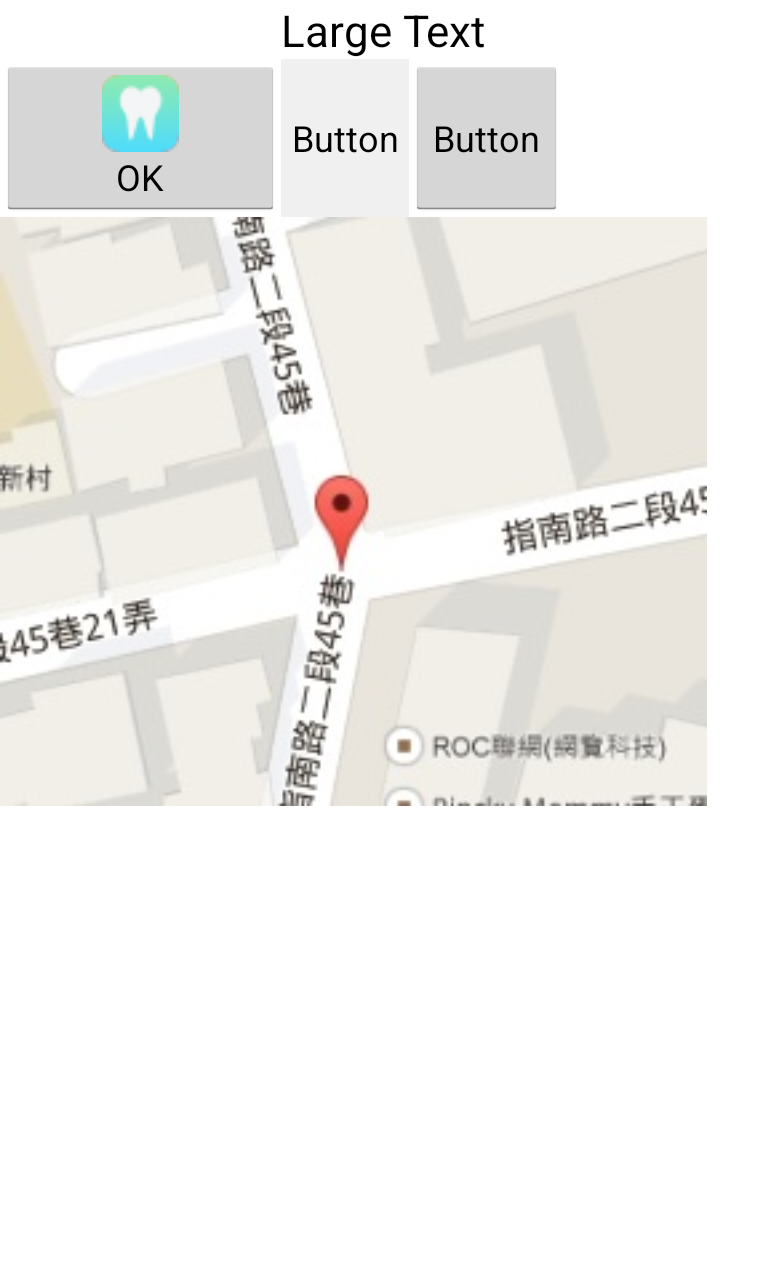
Repository: bobo101/android
Layout: workspace4/FragmentTabDemo/res/layout/frg_google.xml
An editor plug-in stored every save of this project. The layout is shown before and after the next save, followed by the edit.
It is drawn on a 768 x 1280 px phone screen (xhdpi) without system bars, with theme AppTheme; the app's code is not run.

Above is the layout before, as saved 2014-11-06 06:52:02.

After the next save:
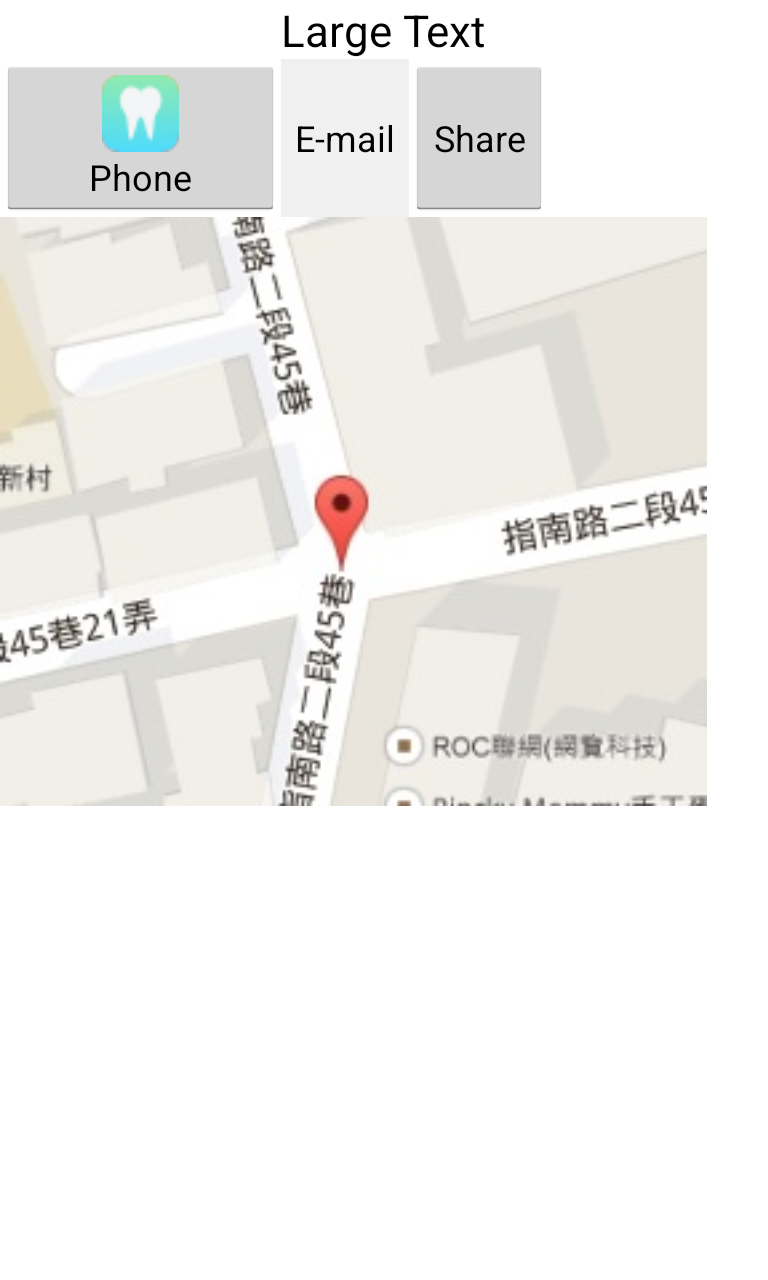
Saved 1 s later.
--- a/workspace4/FragmentTabDemo/res/layout/frg_google.xml
+++ b/workspace4/FragmentTabDemo/res/layout/frg_google.xml
@@ -20,7 +20,7 @@
         android:layout_alignTop="@+id/buttonok"
         android:layout_toRightOf="@+id/buttonok"
         android:background="#F0F0F0"
-        android:text="Button" />
+        android:text="E-mail" />
 
     <Button
         android:id="@+id/button3"
@@ -29,7 +29,7 @@
         android:layout_above="@+id/imageView1"
         android:layout_below="@+id/textView1"
         android:layout_toRightOf="@+id/button2"
-        android:text="Button" />
+        android:text="Share" />
 
     <ImageView
         android:id="@+id/imageView1"
@@ -47,6 +47,6 @@
         android:layout_below="@+id/textView1"
         android:layout_toLeftOf="@+id/textView1"
         android:drawableTop="@drawable/icon1"
-        android:text="OK" />
+        android:text="Phone" />
 
 </RelativeLayout>
